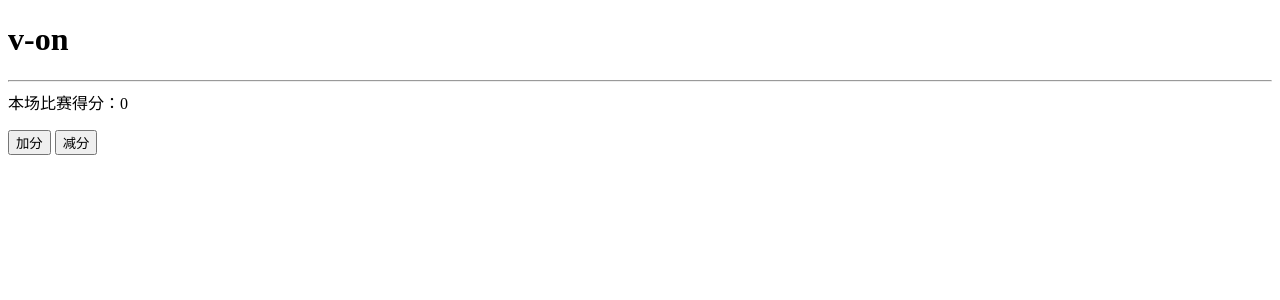
Repository: 13982720426/vue2.0-LearningNotes
Page: example/v-on.html
The author's editor kept a copy of each file at every save. The page is drawn from the files as they stood at one save, then again after the next save.
The browser window is 1280 px wide. The pictures show the whole page.

Above is the page before, as saved 2021-06-17 20:07:02.

### example/v-on.html
<!DOCTYPE html>
<html lang="en">
  <head>
    <meta charset="UTF-8" />
    <meta http-equiv="X-UA-Compatible" content="IE=edge" />
    <meta name="viewport" content="width=device-width, initial-scale=1.0" />
    <title>v-on</title>
    <script type="text/javascript" src="../assets/js/vue.js"></script>
  </head>
  <body>
    <h1>v-on</h1>
    <hr />
    <div id="app">
      本场比赛得分：{{fenshu}}
      <p>
        <button v-on:click="jiafen">加分</button>
        <button @click="jianfen">减分</button>
      </p>
    </div>
    <script type="text/javascript">
      var app = new Vue({
        el: '#app',
        data: {
          fenshu: 0,
        },
        methods: {
          jiafen: function () {
            this.fenshu++;
          },
          jianfen: function () {
            this.fenshu--;
          },
        },
      });
    </script>
  </body>
</html>

Loaded but not shown: assets/js/vue.js (library)

After the next save:
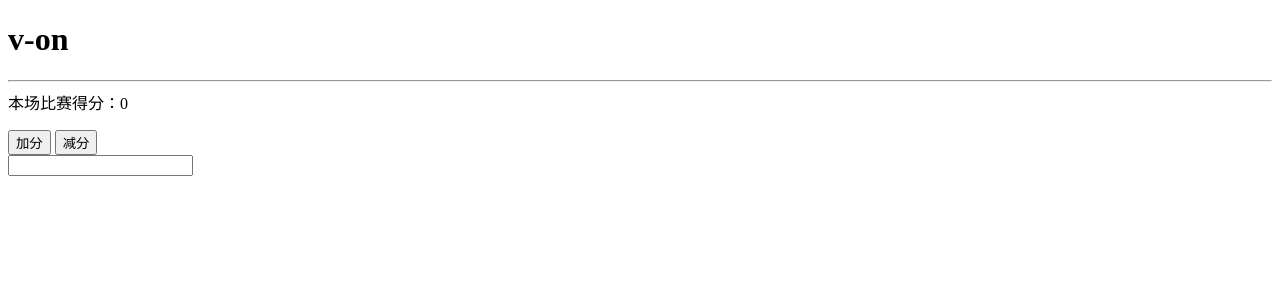
Saved 63 s later.
--- a/example/v-on.html
+++ b/example/v-on.html
@@ -15,6 +15,8 @@
       <p>
         <button v-on:click="jiafen">加分</button>
         <button @click="jianfen">减分</button>
+        <br />
+        <input type="text" v-on:keyup.enter="onEnter" />
       </p>
     </div>
     <script type="text/javascript">
